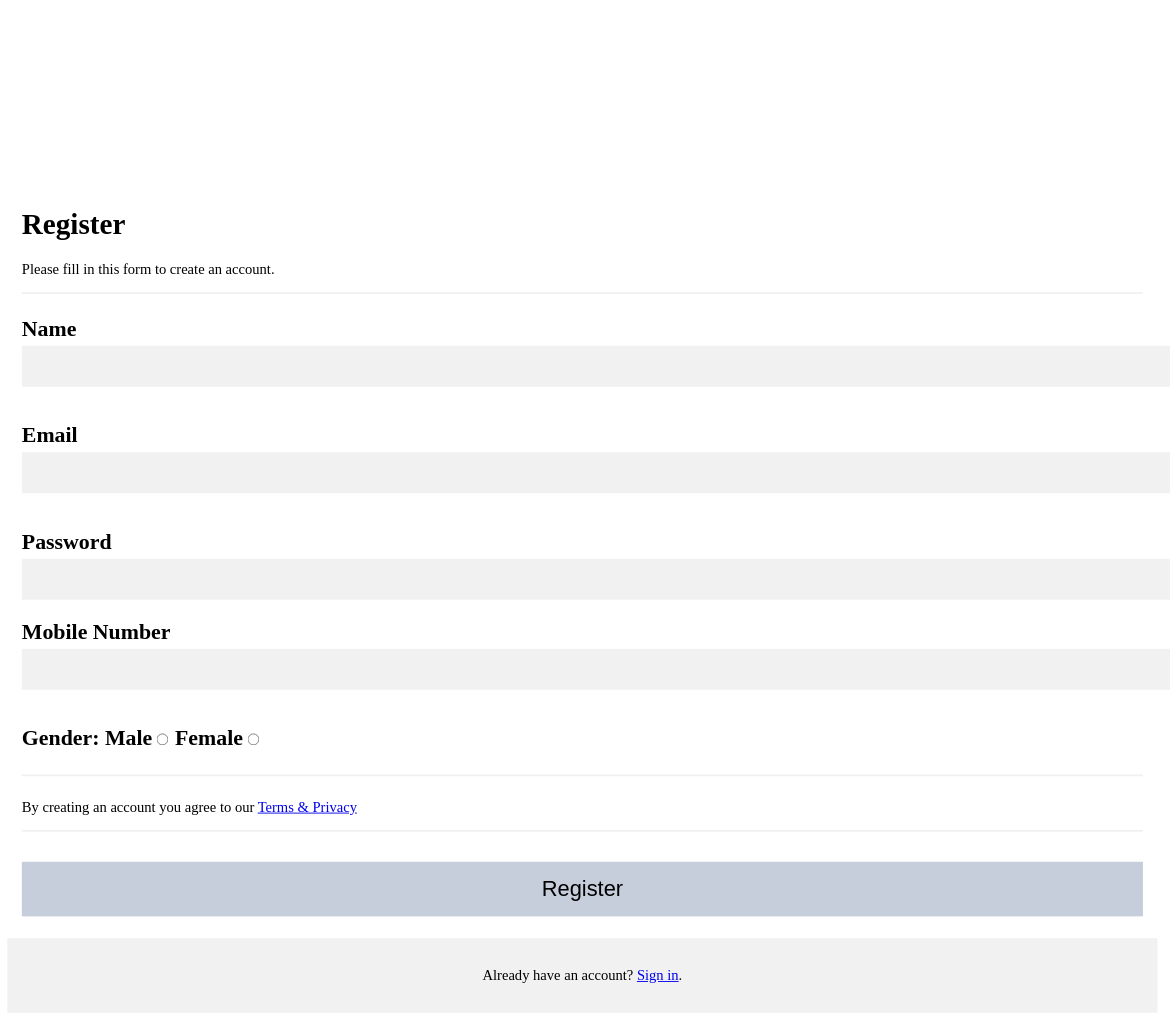
Repository: pavani122/Ecommerce
Page: http://localhost/Ecommerce/WEB-INF/view/register.jsp
These files come from the project's save history. The page is drawn as it stood at one moment and after the next save; the edit follows.
The browser window is 1280 px wide. The page is 1286 px wide, so the pictures cover 1286 px, including what lies to the right of the window. The pictures show the whole page, at 91% of full size.
The page is served by Tomcat 9. Nobody is signed in. The template is opened directly, without the code that normally fills it, so the values that code supplies are empty.

Above is the page before, as saved 2022-09-02 06:30:24.

After the next save:
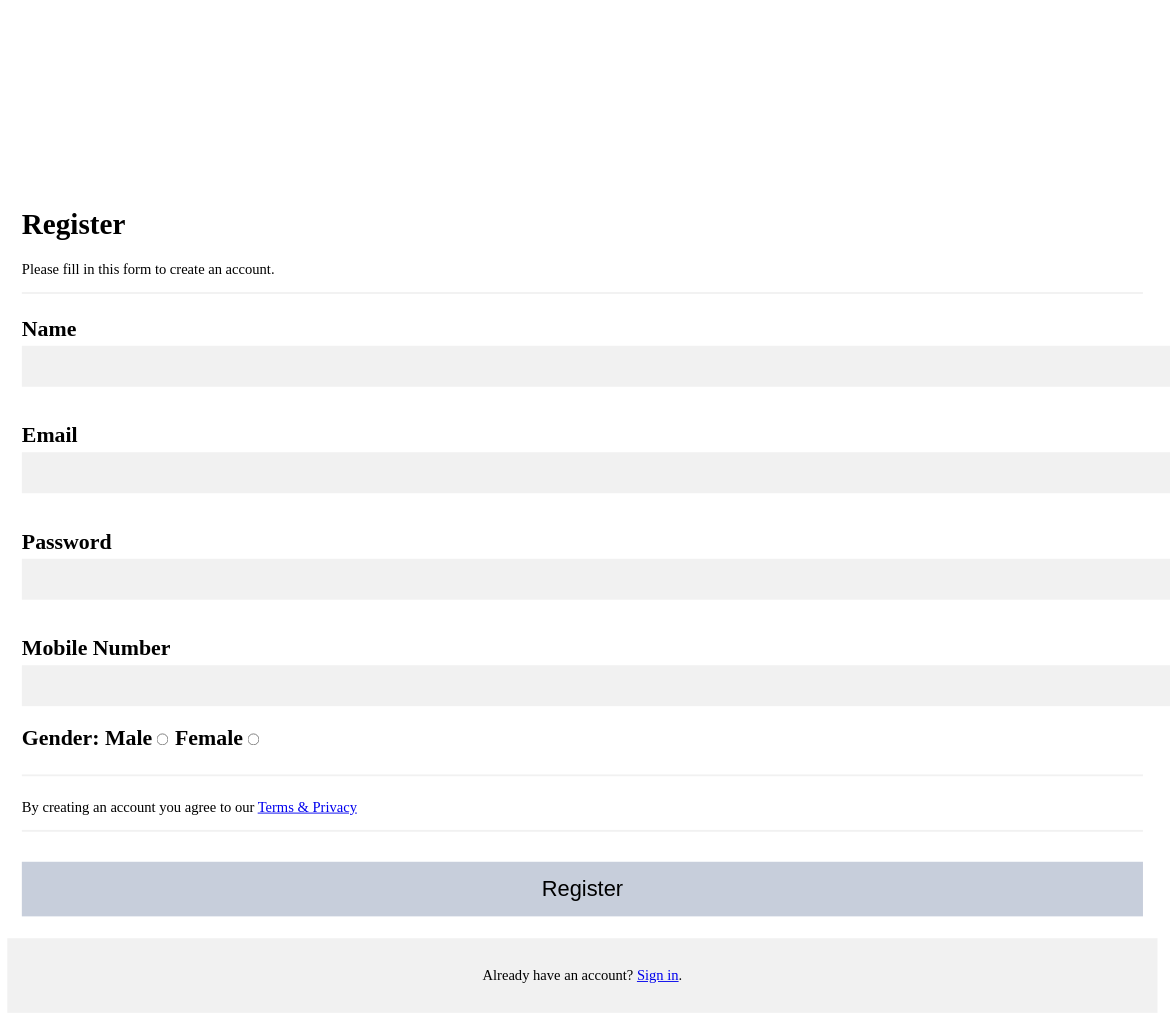
Saved 9 s later.
--- a/Ecommerce/src/main/webapp/WEB-INF/view/register.jsp
+++ b/Ecommerce/src/main/webapp/WEB-INF/view/register.jsp
@@ -78,8 +78,8 @@
 <label id="fields"><b>Email</b></label><form:input path="email"/>
 <b><form:errors path="password"></form:errors><br></b>
 <label id="fields"><b>Password</b></label><form:password path="password"/>
+<b><form:errors path="number"></form:errors><br></b>
 <label id="fields"><b>Mobile Number</b></label><form:input path="number"/>
-<b><form:errors path="number"></form:errors><br></b>
 <label id="fields"><b>Gender: </b></label>
 <label id="fields"><b>Male</b></label><form:radiobutton path="gender" value="male"/>
 <label id="fields"><b>Female</b></label><form:radiobutton path="gender" value="female"/>
